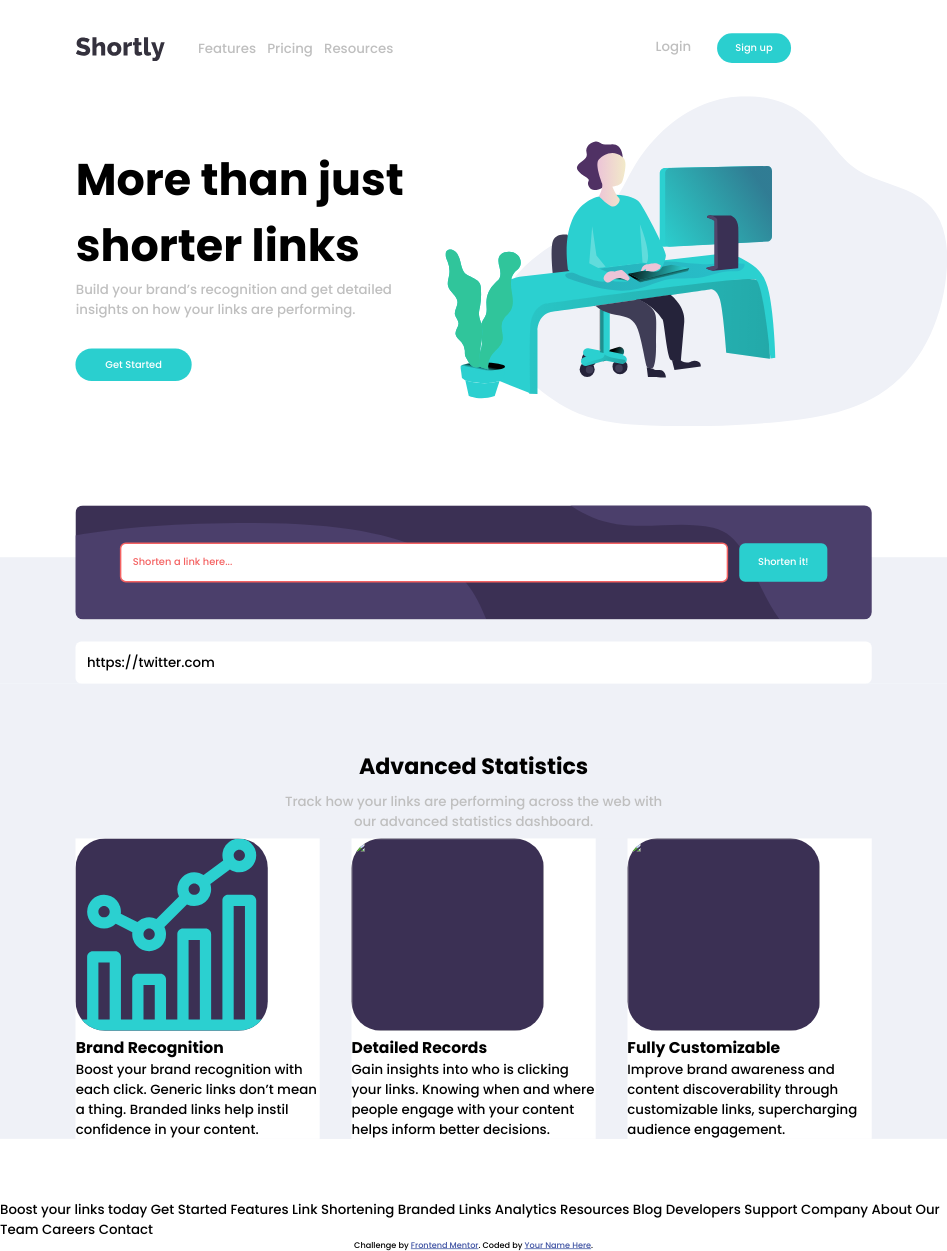
Repository: mamulini/URL-shortener
Page: index.html
These files come from the project's save history. The page is drawn as it stood at one moment and after the next save; the edit follows.
The browser window is 1280 px wide. The pictures show the whole page, at 74% of full size.
The style sheet was rebuilt from its Sass, Less or Tailwind sources for each picture, by a compiler version that may differ from the author's.

Above is the page before, as saved 2020-04-12 19:18:30.

### index.html
<!DOCTYPE html>
<html lang="en">
<head>
  <meta charset="UTF-8">
  <meta name="viewport" content="width=device-width, initial-scale=1.0"> <!-- displays site properly based on user's device -->

  <link rel="icon" type="image/png" sizes="32x32" href="./images/favicon-32x32.png">
  <link rel="stylesheet" href="./sass/main.css">

  <title>Frontend Mentor | Shortly URL shortening API Challenge</title>

  <!-- Feel free to remove these styles or customise in your own stylesheet 👍 -->

</head>
<body>
  <header class="header container">
    <a href="/" class="header__logo"><img src="./images/logo.svg" alt="logo">
    </a>
    <nav class="nav">
      <ul class="nav__menu">
        <li class="nav__item"><a class="nav__link" href="#">Features</a></li>
        <li class="nav__item"><a class="nav__link" href="#">Pricing</a></li>
        <li class="nav__item"><a class="nav__link" href="#">Resources</a></li>
      </ul>
    </nav>
    <div class="user">
      <a class="user__login" href="#" >Login</a>
      <button class="user__sign-up btn--blue" type="button">Sign up</button>
    </div>

  </header>
  <main class="main">
    <div class="intro">
      <div class="intro__description">
        <h1 class="intro__title">More than just shorter links</h1>
        <p class="intro__subtitle">Build your brand’s recognition and get detailed <br> insights
          on how your links are performing.</p>
        <button class="intro__btn btn--blue">Get Started</button>

      </div>
      <div class="intro__img">
        <img src="./images/illustration-working.svg" alt="image">
      </div>
    </div>
    <div class="shorten ">
      <div class="shorten__handler container">
        <form class="shorten__form">
          <input class="shorten__input" type="text" value="" placeholder="Shorten a link here...">
          <button class="shorten__btn btn--blue" type="button">Shorten it!</button>
        </form>
      </div>
      <div class="shorten__link container">
        https://twitter.com
      </div>
    </div>
    <div class="statistics ">
      <h2 class="statistics__title">Advanced Statistics</h2>
      <p class="statistics__subtitle">Track how your links are performing across the web with our
        advanced statistics dashboard.</p>
      <div class="blocks_wrapper container">
        <div class="block block--1">
          <img src="./images/icon-brand-recognition.svg" alt="" class="block__icon">
          <h3 class="block__title">Brand Recognition</h3>
          <p class="block__subtitle">Boost your brand recognition with each click. Generic links don’t
            mean a thing. Branded links help instil confidence in your content.</p>
        </div>
        <div class="block block--2">
          <img src="" alt="" class="block__icon">
          <h3 class="block__title">Detailed Records</h3>
          <p class="block__subtitle">Gain insights into who is clicking your links. Knowing when and where
            people engage with your content helps inform better decisions.</p>
        </div>
        <div class="block block--3">
          <img src="" alt="" class="block__icon">
          <h3 class="block__title">Fully Customizable</h3>
          <p class="block__subtitle">Improve brand awareness and content discoverability through customizable
            links, supercharging audience engagement.</p>
        </div>
      </div>
    </div>
  </main>

  <br>
  <br>
  <br>
  Boost your links today

  Get Started

  Features

  Link Shortening
  Branded Links
  Analytics

  Resources

  Blog
  Developers
  Support

  Company

  About
  Our Team
  Careers
  Contact

  <div class="attribution">
    Challenge by <a href="https://www.frontendmentor.io?ref=challenge" target="_blank">Frontend Mentor</a>.
    Coded by <a href="#">Your Name Here</a>.
  </div>
</body>
</html>

### sass/main.scss
@import url('https://fonts.googleapis.com/css2?family=Poppins:wght@500;700&display=swap');

// colors
$text_gray: hsl(0, 0%, 75%);
$cyan_btn:  hsl(180, 66%, 49%);
$dark_bg : hsl(257, 27%, 26%);
$red : hsl(0, 87%, 67%);
$light_bg: #eff1f7;

* {
    padding: 0;
    margin: 0;
    box-sizing: border-box;
}

body{
    font-size: 18px;
    font-family: 'poppins', sans-serif;
    font-weight: 500;

}

img {
    max-width: 100%;
}

.container {
    max-width: 84%;
    margin: 0 auto;
}

.header {
    margin-top: 40px;
    margin-bottom: 40px;
    display: flex;
    justify-content: flex-start;
    align-items: center;
    &__logo{
        flex: 0 0 25%;
        max-width: 150px;
        margin-top: 10px;
    }
}

.nav{
    flex: 0 0 25%;
    &__menu{
        display: flex;
        justify-content: space-between;
        list-style: none;

    }

    &__item{
        margin-left: 15px;
    }

    &__link{
        text-decoration: none;
        color: $text_gray;
        &:hover{
            color: #000000;
        }
    }
}

.user{
    flex: 0 0 50%;
    text-align: right;

    &__login{
        color: $text_gray;
        margin-right: 30px;
        text-decoration: none;
        &:hover{
            color: #000000;
        }
    }
}

.btn--blue{
    padding: 10px 25px;
    border: none;
    cursor: pointer;
    display: inline-block;
    border-radius: 50px;
    background: $cyan_btn;
    outline: none;
    color: #ffffff;
    font-family: 'poppins', sans-serif;
    font-weight: 500;

    &:hover{
        opacity: .5;
    }

    &:active{
        transform: scale(0.90);
    }
}

.intro{
    display: flex;
    justify-content: space-between;

    &__description{
        display: flex;
        flex-direction: column;
        justify-content: center;
        align-items: flex-start;
        max-width: 500px;
        margin-left: 8%;
    }

    &__title {
        font-size: 60px;
    }

    &__subtitle {
        text-align-last: left;
        color: $text_gray;
    }

    &__btn{
        margin-top: 40px;
        padding: 12px 40px;
    }
}

.shorten{
    background: $light_bg;
    margin-top: 170px;

    &__handler{
        background-image: url('../images/bg-shorten-desktop.svg');
        background-position: center;
        background-size: cover;
        background-color: $dark_bg;
        border-radius: 10px;
        position: relative;
        top: -70px;
        margin-bottom: -60px;
    }

    &__form{
        display: flex;
        justify-content: space-between;
        align-items: center;
        padding: 50px 60px;
    }

    &__input{
        flex: 1;
        padding: 15px;
        border-radius: 8px;
        margin-right: 15px;
        font-family:'poppins', sans-serif;
        border: 2px solid $red;
        outline: none;
         &::placeholder{
            color: $red;
         }
    }

    &__btn{
        border-radius: 8px;
        padding-top: 15px;
        padding-bottom: 17px;
    }

    &__link{
        background: #ffffff;
        padding: 15px;
        margin-top: 20px;
        border-radius: 8px;
    }
}

.statistics{
    background: $light_bg;
    text-align: center;
    padding-top: 90px;

    &__title {
        font-size: 30px;
    }
    &__subtitle{
        max-width: 520px;
        margin: 10px auto;
        color: $text_gray;
    }
}

.blocks_wrapper {
    display: flex;
    justify-content: space-between;
    flex-wrap: wrap;
    background: $light_bg;
}

.block{
    flex: 0 0 calc(33% - 25px);
    background: #ffffff;
    text-align: left;

    &__icon{
        width: 260px;
        height: 260px;
        background: $dark_bg ;
        // padding: 20px;
        border-radius: 40px;

    }
}

.attribution { font-size: 11px; text-align: center; }
.attribution a { color: hsl(228, 45%, 44%); }

After the next save:
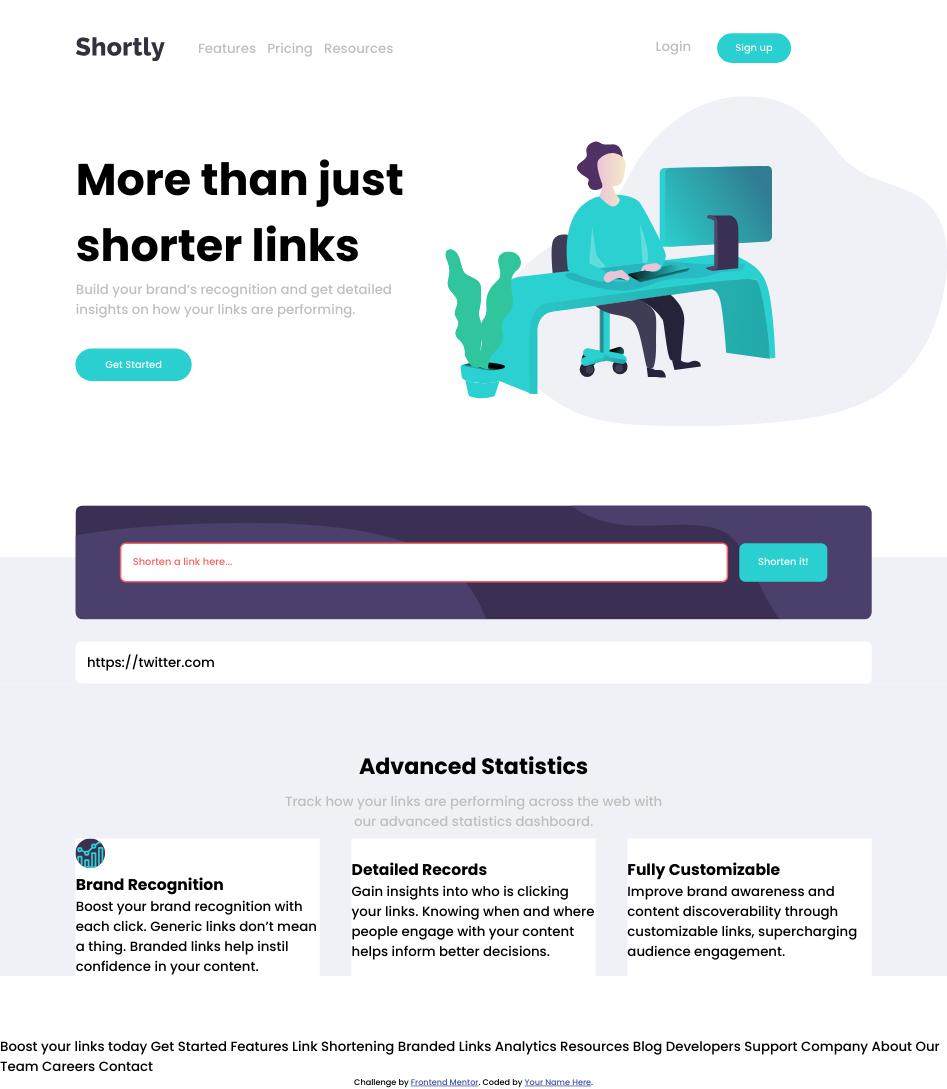
Saved 10 s later.
--- a/sass/main.scss
+++ b/sass/main.scss
@@ -204,8 +204,7 @@ img {
     text-align: left;
 
     &__icon{
-        width: 260px;
-        height: 260px;
+
         background: $dark_bg ;
         // padding: 20px;
         border-radius: 40px;
